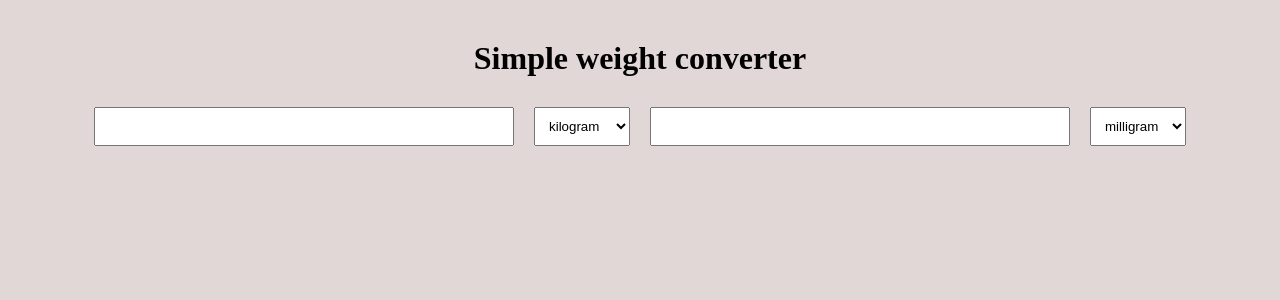
Repository: Eugene44-hub/weight-converter
Page: index.html
These files come from the project's save history. The page is drawn as it stood at one moment and after the next save; the edit follows.
The browser window is 1280 px wide. The pictures show the whole page.

Above is the page before, as saved 2021-09-20 05:10:50.

After the next save:
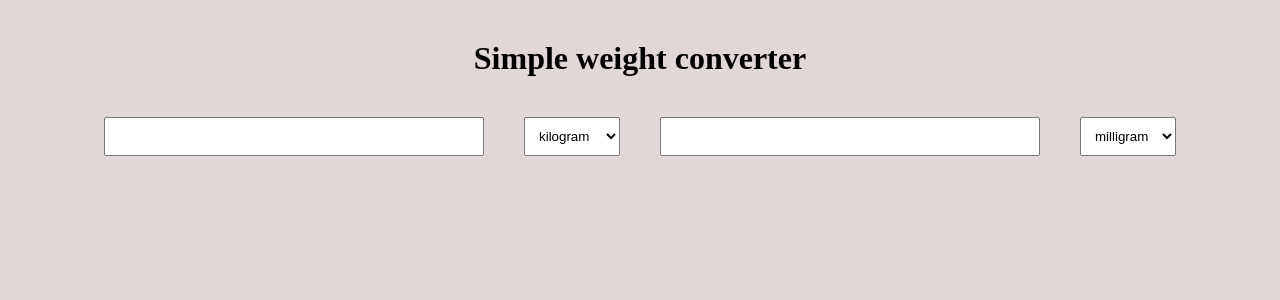
Saved 2 min 55 s later.
--- a/style.css
+++ b/style.css
@@ -34,5 +34,5 @@ select {
 
 select,
 input {
-    margin: 10px;
+    margin: 20px;
 }
